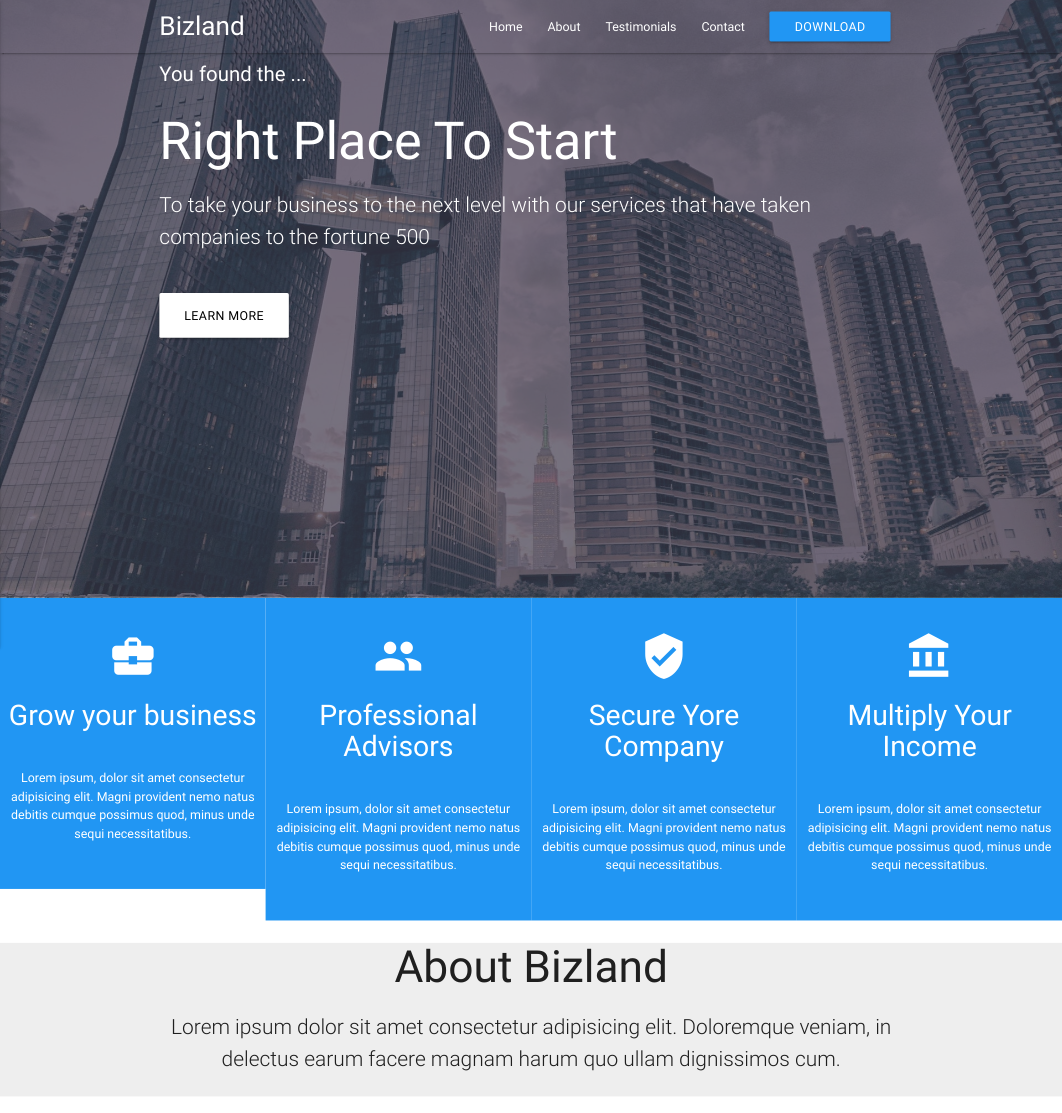
Repository: farrdy/bizland
Page: index.html
An editor plug-in stored every save of this project. The page is shown before and after the next save, followed by the edit.
The browser window is 1280 px wide. The pictures show the whole page, at 83% of full size.
Some web libraries are served in a nearby version.

Above is the page before, as saved 2020-01-05 13:35:18.

After the next save:
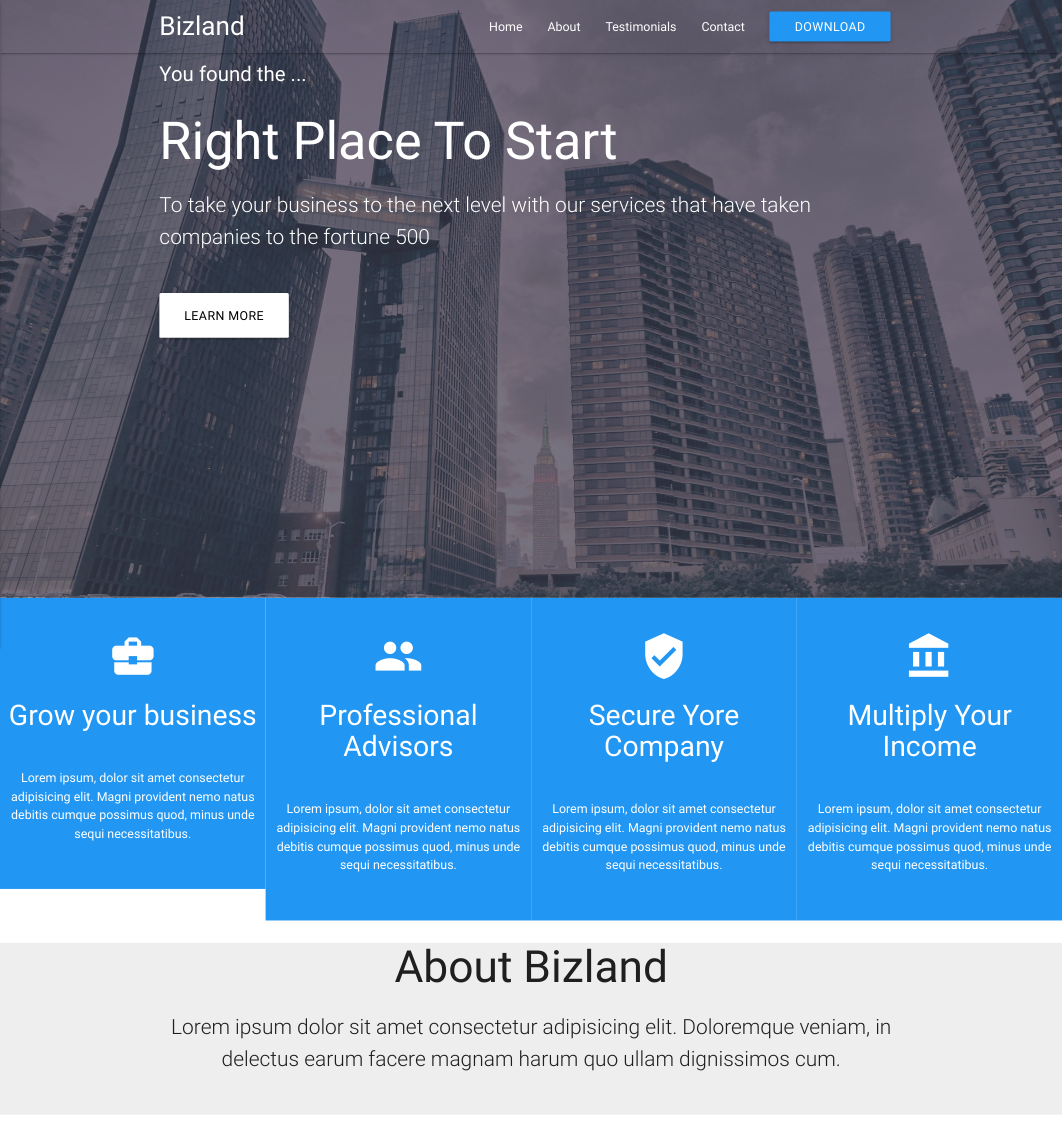
Saved 70 s later.
--- a/index.html
+++ b/index.html
@@ -145,6 +145,9 @@
           cum.
         </p>
         <div class="row">
+          <div class="col s12 m6">
+            <img src="" alt="" class="responsive-img circle" />
+          </div>
           <div class="col s12 m6"></div>
         </div>
       </div>
